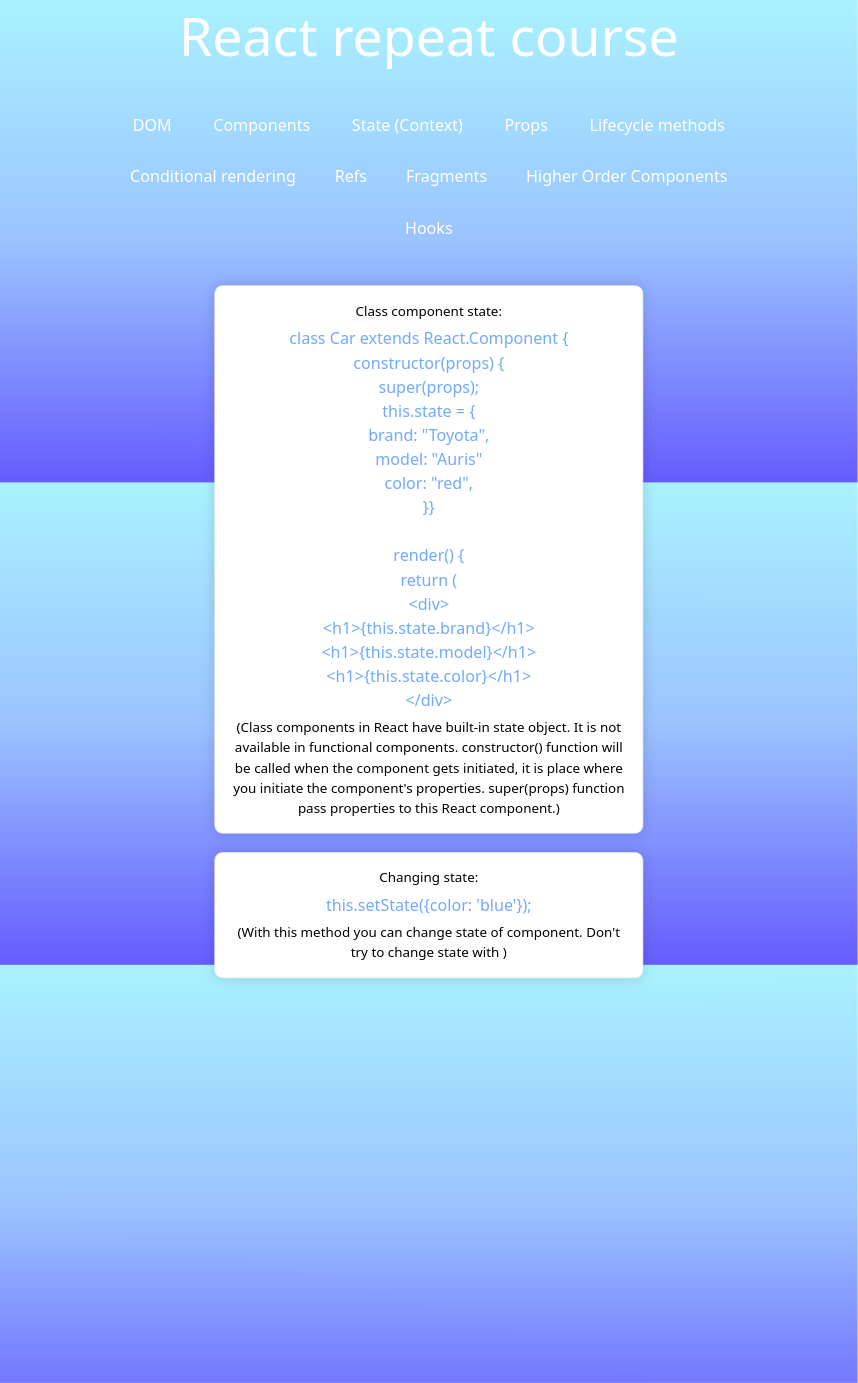
Repository: michalgornicki/github
Page: /#/State
These files come from the project's save history. The page is drawn as it stood at one moment and after a run of saves; the edit follows.
The browser window is 1280 px wide. The pictures show the whole page, at 67% of full size.
Backgrounds fixed to the window are drawn as part of the page. The project was rebuilt for these pictures with package versions that can differ from the ones it lists, and the page was loaded fresh each time. Also part of the build but not shown: src/components/dom.jsx, src/components/components.jsx, src/components/props.jsx, src/components/lifecycle.jsx, src/components/conditional.jsx, src/components/refs.jsx, src/components/fragments.jsx, src/components/hoc.jsx and 1 more.

Above is the page before, as saved 2022-02-07 13:17:13.

### src/App.jsx
import React from "react";
import "./App.css";
import "bootstrap/dist/css/bootstrap.min.css";
import { Route, HashRouter as Router, Routes, Link } from "react-router-dom";
import DOM from "./components/dom.jsx";
import Components from "./components/components.jsx";
import State from "./components/state.jsx";
import Props from "./components/props.jsx";
import Lifecycle from "./components/lifecycle.jsx";
import Conditional from "./components/conditional.jsx";
import Refs from "./components/refs.jsx";
import Fragments from "./components/fragments.jsx";
import HOC from "./components/hoc.jsx";
import Hooks from "./components/hooks.jsx";

const App = () => {
  return (
    <Router>
      <div className="text-center">
        <div className="display-1 mt-1 mb-5 text-white">React repeat course</div>

        <div className="h4 d-flex w-75 m-auto my-5 justify-content-evenly flex-wrap text-white">
          <Link className="link-style m-3" to="/">
            DOM
          </Link>
          <Link className="link-style m-3" to="/Components">
            Components
          </Link>
          <Link className="link-style m-3" to="/State">
            State (Context)
          </Link>
          <Link className="link-style m-3" to="/Props">
            Props
          </Link>
          <Link className="link-style m-3" to="/Lifecycle">
            Lifecycle methods
          </Link>
          <Link className="link-style m-3" to="/Conditional">
            Conditional rendering
          </Link>
          <Link className="link-style m-3" to="/Refs">
            Refs
          </Link>
          <Link className="link-style m-3" to="/Fragments">
            Fragments
          </Link>
          <Link className="link-style m-3" to="/HOC">
            Higher Order Components
          </Link>
          <Link className="link-style m-3" to="/Hooks">
            Hooks
          </Link>
        </div>

        <Routes>
          <Route path="/" element={<DOM />} />
          <Route path="/Components" element={<Components />} />
          <Route path="/State" element={<State />} />
          <Route path="/Props" element={<Props />} />
          <Route path="/Lifecycle" element={<Lifecycle />} />
          <Route path="/Conditional" element={<Conditional />} />
          <Route path="/Refs" element={<Refs />} />
          <Route path="/Fragments" element={<Fragments />} />
          <Route path="/HOC" element={<HOC />} />
          <Route path="/Hooks" element={<Hooks />} />
        </Routes>
      </div>
    </Router>
  );
};

export default App;

### src/App.css
@import url('https://fonts.googleapis.com/css2?family=Catamaran:wght@400&display=swap');

body{
    font-family: 'Catamaran', sans-serif;
    overflow-x: hidden;
    padding-bottom: 80vh;
    height: auto;
    background: linear-gradient(rgb(170, 242, 255), rgb(155, 195, 255), rgb(102, 92, 255));
    background-attachment: fixed;
}

.js-item{
    color:rgb(0, 0, 0);
    font-size: 1.25rem;
    background-color: white;
    transition: 0.2s;
    padding: 3vh;
    margin-bottom: 4vh!important;
    border: 1px solid rgb(240, 240, 240);
    width: 50%;
    margin-left: auto;
    margin-right: auto;
    box-shadow: 0px 0px 20px rgba(0, 0, 0, 0.15);
    border-radius: 0.75rem;
}

.js-item:hover{
    cursor: pointer;
    background-color: rgb(240, 240, 240);
}

.text-color{
    margin: auto;
    padding: 0.5rem;
    width: fit-content;
    color:rgb(113, 170, 255)!important;
    font-size: 1.5rem;
    border-radius: 1rem;
}

.link-style{
    color: inherit;
    text-decoration: inherit;
    padding: 0.5rem;
    border-radius: 0.5rem;
}

.link-style:hover{
    color: rgb(113, 170, 255);
    text-decoration: inherit;
}

@media only screen and (max-device-width: 600px), (max-width: 600px) {

    .js-item{
        width: 95%;
    }

}

### src/components/state.jsx
const State = () => {
  return (
    <div className="">
      <div className="js-item">
        {" "}
        <div className="">Class component state: </div>
        <div className="text-color">
          {`class Car extends React.Component {`} <br />
          {`constructor(props) {`} <br />
          {`super(props);`}{" "} <br />
          {`this.state = {`} <br />
          {`brand: "Toyota",`} <br />
          {`model: "Auris"`} <br />
          {`color: "red",`} <br />
          {`}}`} <br /> <br />
          {`render() {`}{" "} <br />
          {`return (`}{" "} <br />
          {`<div>`}{" "} <br />
          {`<h1>{this.state.brand}</h1>`} <br />
          {`<h1>{this.state.model}</h1>`} <br />
          {`<h1>{this.state.color}</h1>`} <br />
          {`</div>`}{" "}
        </div>{" "}
        (Class components in React have built-in state object. It is not available in functional components. constructor() function will be called when the component gets initiated, it is place where you initiate the component's properties. super(props) function pass properties to this React component.)
      </div>
      <div className="js-item">
        {" "}
        <div className="">Changing state: </div>
        <div className="text-color">
          {`this.setState({color: 'blue'});`} <br />

        </div>{" "}
        (With this method you can change state of component. Don't try to change state with )
      </div>
    </div>
  );
};

export default State;

Loaded but not shown: public/index.html (common file); src/index.js (common file); src/index.css (common file); src/reportWebVitals.js (common file)

After the next 2 saves:
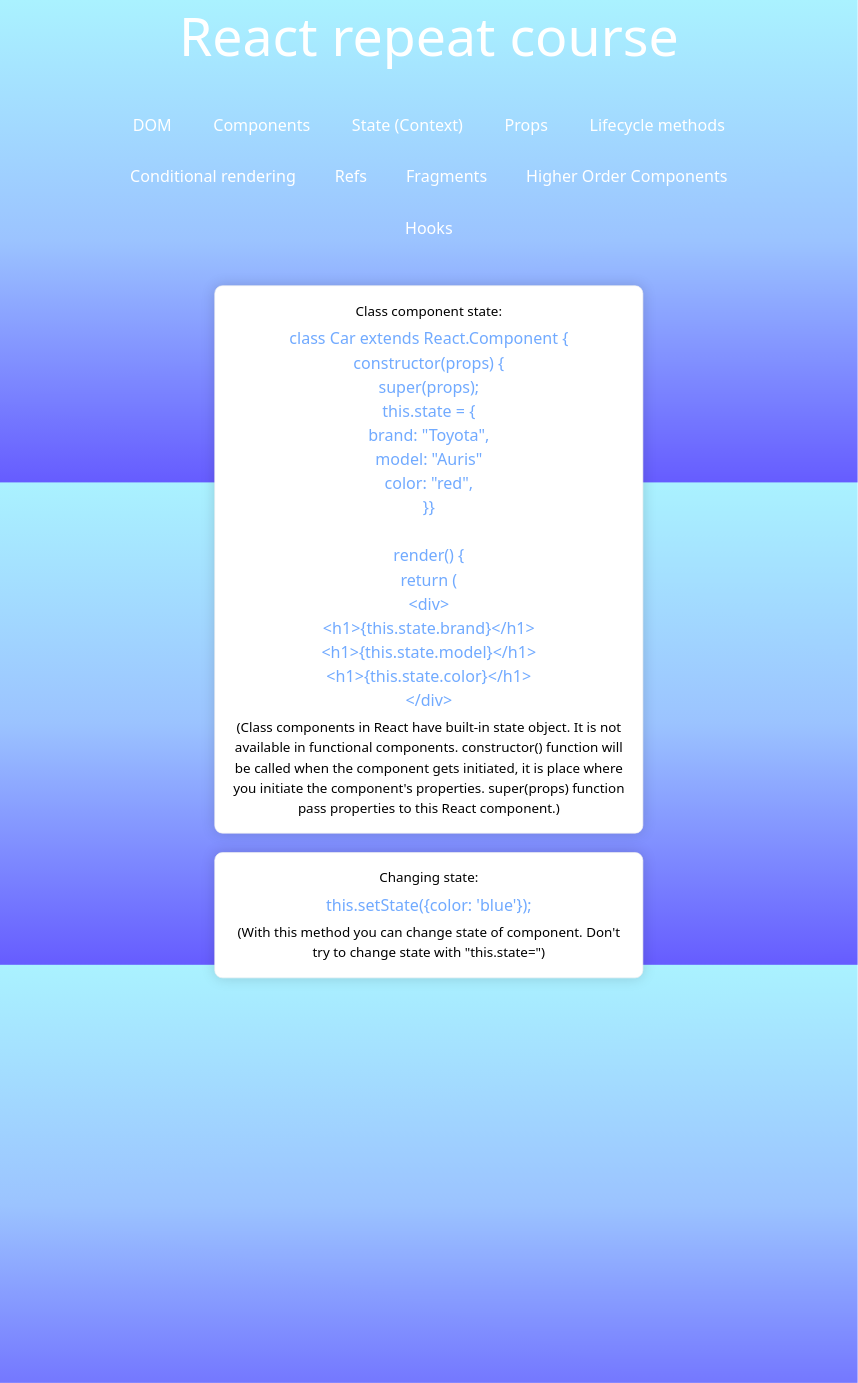
The 2 saves are shown as one change because they came seconds apart.
The last was saved 10 s later.
--- a/src/components/state.jsx
+++ b/src/components/state.jsx
@@ -30,7 +30,7 @@
           {`this.setState({color: 'blue'});`} <br />
 
         </div>{" "}
-        (With this method you can change state of component. Don't try to change state with )
+        (With this method you can change state of component. Don't try to change state with "this.state=")
       </div>
     </div>
   );
